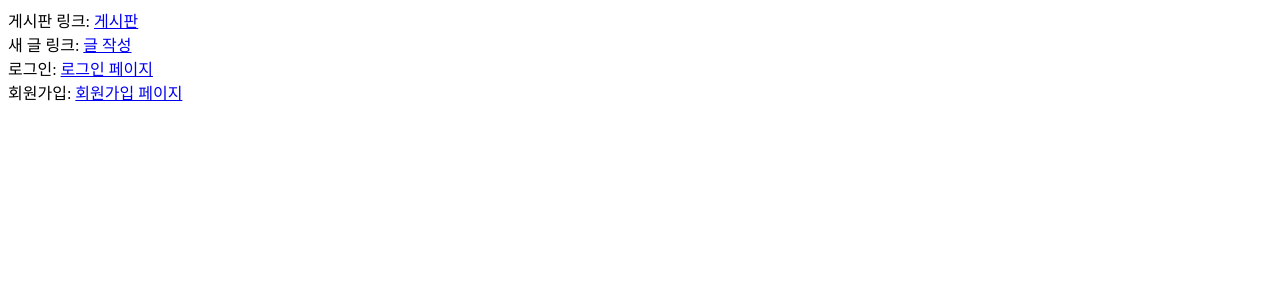
Repository: JunhaPark96/springBoard_maven
Page: http://localhost/springboard/
The author's editor kept a copy of each file at every save. The page is drawn from the files as they stood at one save, then again after a run of saves.
The browser window is 1280 px wide. The pictures show the whole page.
The page is served by Tomcat 9.

Above is the page before, as saved 2023-08-25 00:43:51.

After the next 2 saves:
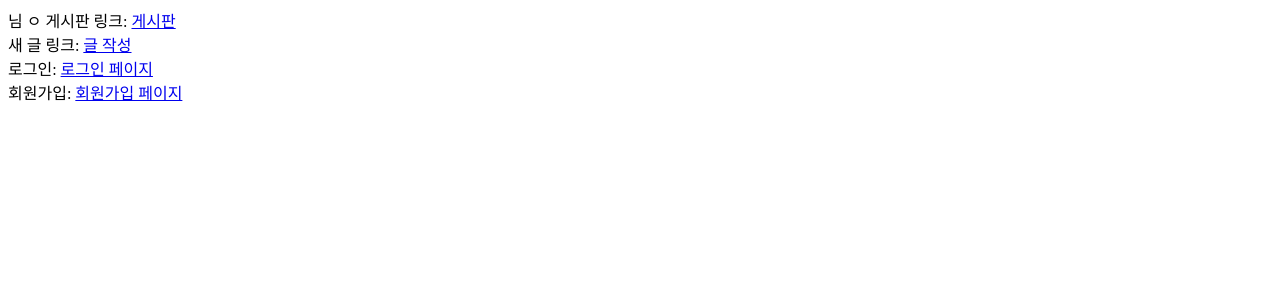
The 2 saves are shown as one change because 1 did not build or start.
The last was saved 39 s later.
--- a/springboard/src/main/webapp/index.jsp
+++ b/springboard/src/main/webapp/index.jsp
@@ -7,7 +7,7 @@
 <title>Insert title here</title>
 </head>
 <body>
-
+	${currentUser.name } 님 ㅇ
 
 	게시판 링크: <a href="${pageContext.request.contextPath}/board"> 게시판 </a><br>
 	새 글 링크: <a href="${pageContext.request.contextPath}/board/new"> 글 작성 </a><br>
